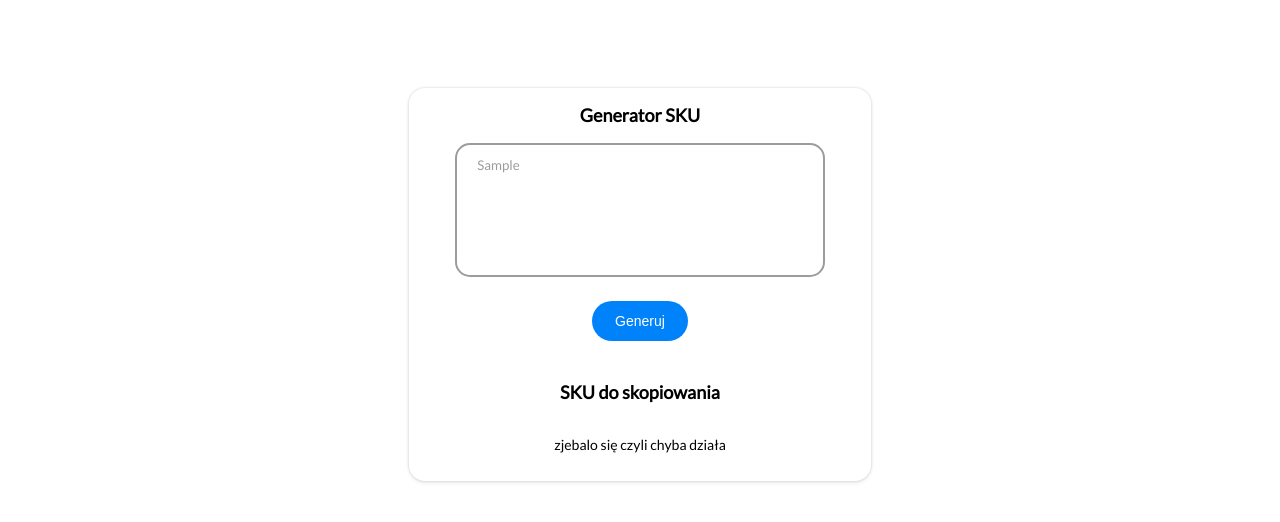
Repository: enowuigrek/Generator-SKU
Page: index.html
An editor plug-in stored every save of this project. The page is shown before and after the next save, followed by the edit.
The browser window is 1280 px wide. The pictures show the whole page.
Empty fields were first filled with sample values (such as "Sample", 5 or name@example.com).
After loading, the first visible `button.generation__button` was clicked once.
The style sheet was rebuilt from its Sass, Less or Tailwind sources for each picture, by a compiler version that may differ from the author's.

Above is the page before, as saved 2022-11-28 20:23:53.

### index.html
<!DOCTYPE html>
<html lang="pl">
<head>
  <meta charset="UTF-8">
  <meta http-equiv="X-UA-Compatible" content="IE=edge">
  <meta name="viewport" content="width=device-width, initial-scale=1.0">
  <title>Generator SKU</title>
  <link rel="stylesheet" href="css/style.css">
  <link rel="preconnect" href="https://fonts.googleapis.com">
<link rel="preconnect" href="https://fonts.gstatic.com" crossorigin>
<link href="https://fonts.googleapis.com/css2?family=Lato&display=swap" rel="stylesheet">
</head>
<body>
  <container class="box">
    <h1>Generator SKU</h1>
    <textarea class="links__input"></textarea>
    <button class="generation__button">
      Generuj
    </button>
    <h1>SKU do skopiowania</h1>
    <ul class="result__sku">
    </ul>
  </container>
  <script src="js/script.js"></script>
</body>
</html>

### js/script.js
'use strict';

let inputLinks = document.querySelector('.links__input');
const generationButton = document.querySelector('.generation__button');
const resultSku = document.querySelector('.result__sku');
const skuFromProductLinkMatcher = new RegExp(/\/p\/(\d*)\-/);
let pastedLinks = inputLinks.value;

generationButton.addEventListener('click', generateSku);

function generateSku() {

  let resultToCopy = '';

  const pastedLinks = inputLinks.value;
  const pastedSplitLinks = pastedLinks.split(/\r?\n/);
  const listSku = [];

  console.log(pastedLinks);
  console.log(pastedSplitLinks);

  for (let singleLink of pastedSplitLinks) {

    const testowysprawdzaczlinka = new RegExp();

    if (parseInt(singleLink) && singleLink.length < 8) {
      listSku.push(singleLink);
    }else if (singleLink == testowysprawdzaczlinka) {
      const skuFromPastedLinks = skuFromProductLinkMatcher.exec(singleLink)[1];
      console.log(skuFromPastedLinks);
      listSku.push(skuFromPastedLinks);
    }else {
      listSku.push('zjebalo się czyli chyba działa')
    }
  };

  for (let singleSku of listSku) {

    function addZero() {
      if (parseInt(singleSku) && singleSku.length > 6 ) {
        singleSku = '00' + singleSku
      };
    };
    addZero();

    const listElementSku = '<li>' + singleSku + '</li>'

    resultToCopy = resultToCopy + listElementSku;
  };

  resultSku.innerHTML = resultToCopy;
};

### sass/style.scss
/* Variables */

$color-light: #fff;
$color-dark: rgba(41, 53, 86, 1);

$font-logo: 'Lato', sans-serif;
$font-header: 'Lato', sans-serif;
$font-text: 'Lato', sans-serif;

/* Global */

*, *::before, *::after {
  box-sizing: border-box;
}

h1{
  font-size: 18px;;
}

body {
  font-family: $font-text;
  color: black;
  font-weight: 300;
  font-size: 14px;
  line-height: 1.7;
  display: flex;
  align-items: center;
  justify-content: center;
}

.box {
  margin: 80px 20px;
  display: flex;
  flex-direction: column;
  justify-content: center;
  align-items: center;
  width: 33em;
  height: min-content;
  border-radius: 16px;
  background-color: $color-light;
  box-shadow: rgb(0 0 0 / 8%) 0px 2px 4px 0px, rgb(0 0 0 / 8%) 0px 0px 2px 1px;
}

.links__input {
  font-family: $font-text;
  padding: 12px 20px 86px ;
  width: 80%;
  border: 2px solid;
  color: rgb(156, 156, 156);
  border-radius: 15px;
  resize: none;
}

button {
  background-color: rgb(0, 130, 250);
  font-size: 14px;
  color: rgb(255, 255, 255);
  border: none;
  border-radius: 30px;
  text-decoration: none;
  padding: 0px;
  margin: 24px;
  height: 40px;
  width: 96px;
  cursor: pointer;
  transition: .1s;
  &:hover {
    background-color: rgb(0, 112, 204);
  }
}

.result__sku {
  display: flex;
  flex-direction: column;
  margin-bottom: 24px;
  padding: 0;
  align-items: center;
  list-style-type: none;
}

After the next save:
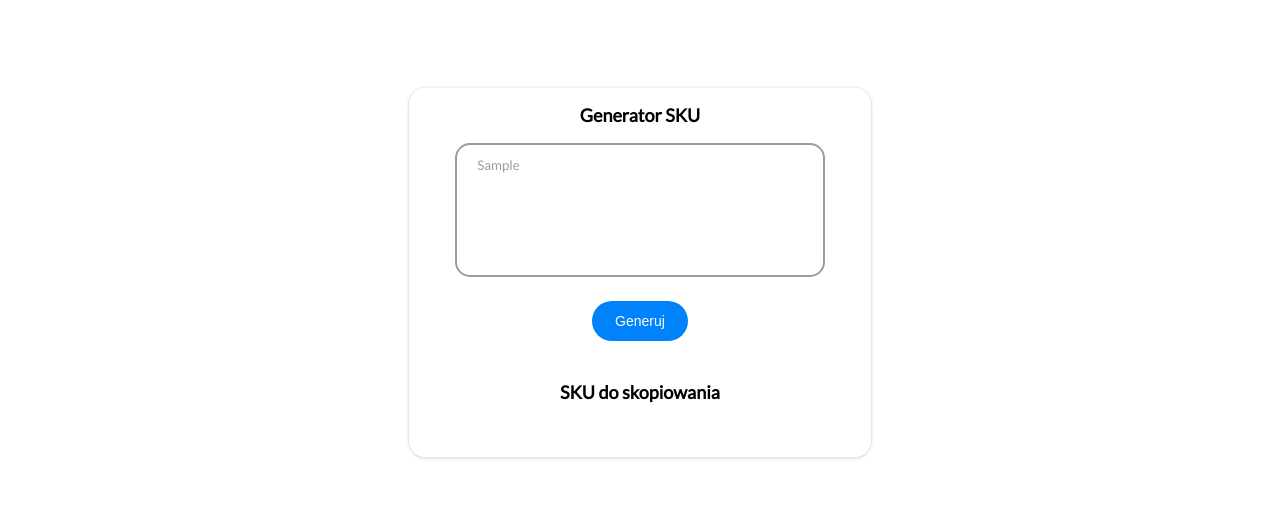
Console error: ReferenceError: www is not defined
Saved 39 s later.
--- a/js/script.js
+++ b/js/script.js
@@ -21,7 +21,7 @@
 
   for (let singleLink of pastedSplitLinks) {
 
-    const testowysprawdzaczlinka = new RegExp();
+    const testowysprawdzaczlinka = new RegExp(www.x-kom.pl);
 
     if (parseInt(singleLink) && singleLink.length < 8) {
       listSku.push(singleLink);

After the 5 saves that followed:
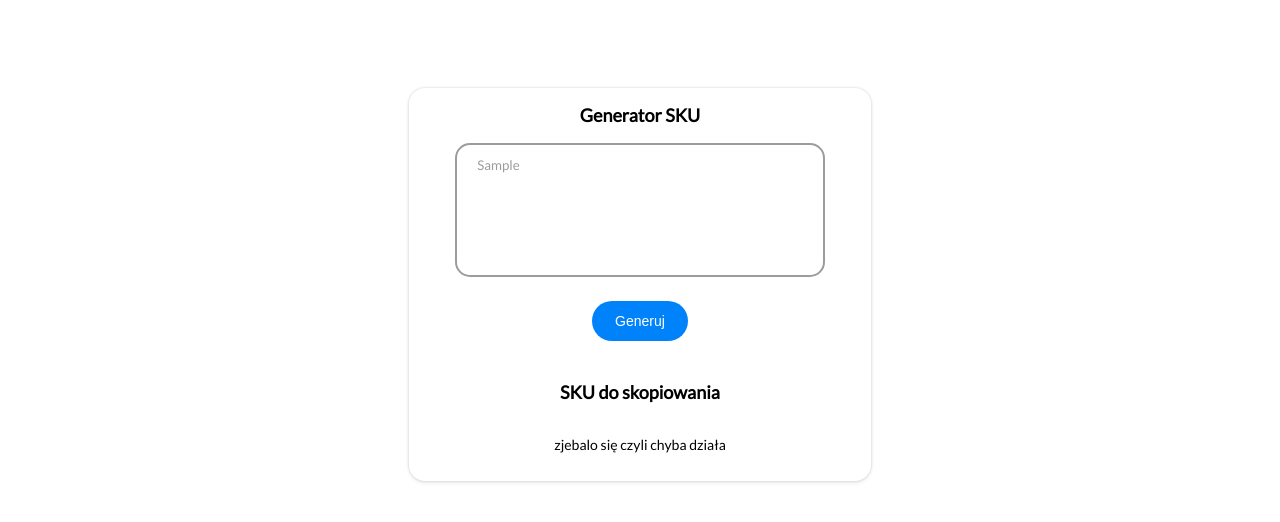
The error is gone.
The 5 saves are shown as one change because 3 left the picture as it was and some came seconds apart.
The last was saved 4 min 41 s later.
--- a/js/script.js
+++ b/js/script.js
@@ -21,7 +21,7 @@
 
   for (let singleLink of pastedSplitLinks) {
 
-    const testowysprawdzaczlinka = new RegExp(www.x-kom.pl);
+    const testowysprawdzaczlinka = new RegExp(/x-kom/g);
 
     if (parseInt(singleLink) && singleLink.length < 8) {
       listSku.push(singleLink);
